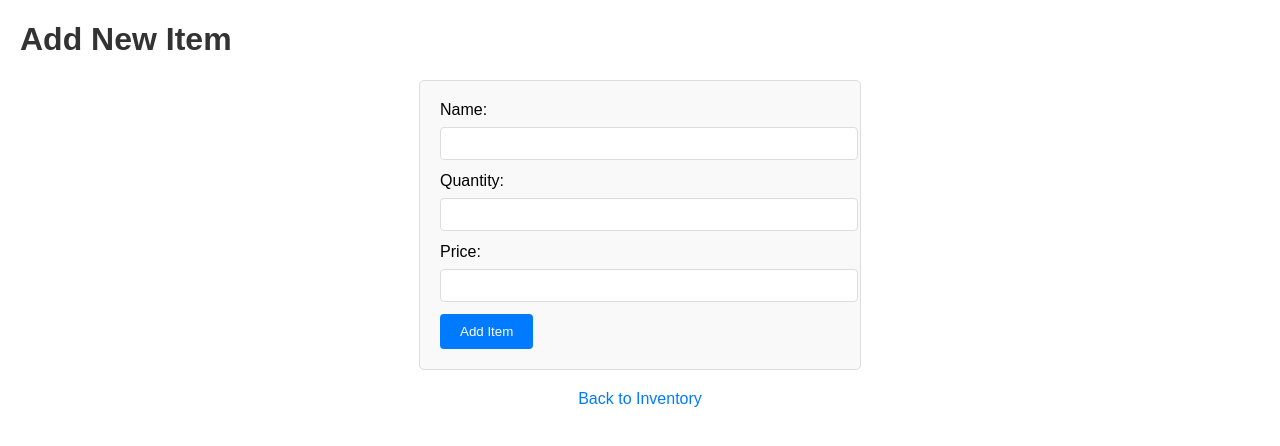
Repository: Stoldark/PLMUN
Page: http://localhost/add
An editor plug-in stored every save of this project. The page is shown before and after the next save, followed by the edit.
The browser window is 1280 px wide. The pictures show the whole page.
The page is served by the project's application, run on Flask 3 (tempCodeRunnerFile.py). The user the application loads for id 1 is signed in. The page reads the database file committed with the project.

Above is the page before, as saved 2024-09-14 13:33:27.

After the next save:
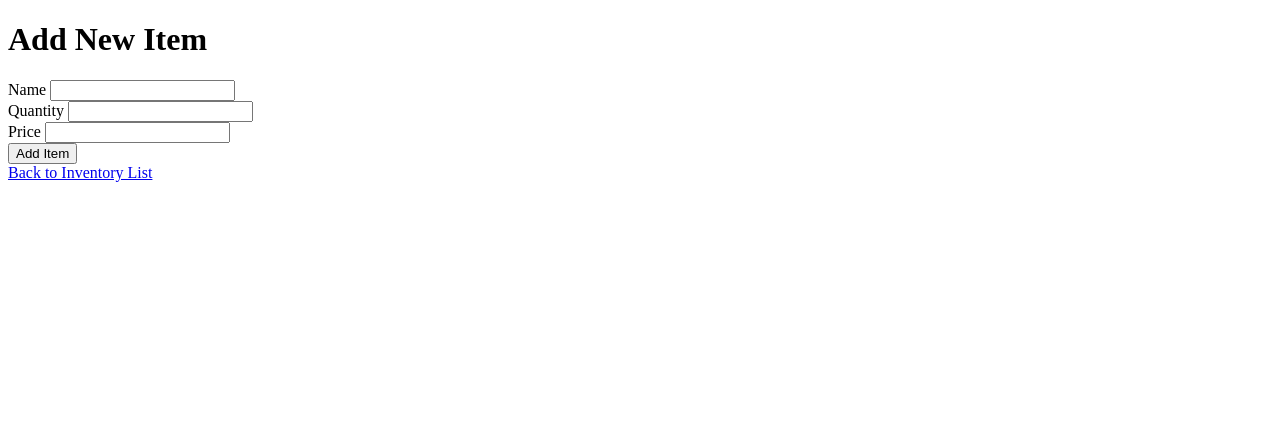
Saved 5 min 0 s later.
--- a/templates/add.html
+++ b/templates/add.html
@@ -4,68 +4,26 @@
     <meta charset="UTF-8">
     <meta name="viewport" content="width=device-width, initial-scale=1.0">
     <title>Add Item</title>
-    <style>
-        body {
-            font-family: Arial, sans-serif;
-            margin: 20px;
-            padding: 0;
-        }
-        h1 {
-            color: #333;
-        }
-        form {
-            max-width: 400px;
-            margin: 0 auto;
-            padding: 20px;
-            border: 1px solid #ddd;
-            border-radius: 5px;
-            background-color: #f9f9f9;
-        }
-        label {
-            display: block;
-            margin-bottom: 8px;
-        }
-        input[type="text"], input[type="number"] {
-            width: 100%;
-            padding: 8px;
-            margin-bottom: 12px;
-            border: 1px solid #ddd;
-            border-radius: 4px;
-        }
-        button {
-            background-color: #007bff;
-            color: white;
-            border: none;
-            padding: 10px 20px;
-            cursor: pointer;
-            border-radius: 4px;
-        }
-        button:hover {
-            background-color: #0056b3;
-        }
-        a {
-            display: block;
-            text-align: center;
-            margin-top: 20px;
-            text-decoration: none;
-            color: #007bff;
-        }
-    </style>
 </head>
 <body>
     <h1>Add New Item</h1>
-    <form action="{{ url_for('add_item') }}" method="post">
-        <label for="name">Name:</label>
-        <input type="text" id="name" name="name" required>
-
-        <label for="quantity">Quantity:</label>
-        <input type="number" id="quantity" name="quantity" required>
-
-        <label for="price">Price:</label>
-        <input type="number" id="price" name="price" step="0.01" required>
-
-        <button type="submit">Add Item</button>
+    <form method="POST">
+        <div>
+            <label for="name">Name</label>
+            <input type="text" id="name" name="name" required>
+        </div>
+        <div>
+            <label for="quantity">Quantity</label>
+            <input type="number" id="quantity" name="quantity" required>
+        </div>
+        <div>
+            <label for="price">Price</label>
+            <input type="number" step="0.01" id="price" name="price" required>
+        </div>
+        <div>
+            <button type="submit">Add Item</button>
+        </div>
     </form>
-    <a href="/">Back to Inventory</a>
+    <a href="{{ url_for('index') }}">Back to Inventory List</a>
 </body>
 </html>
